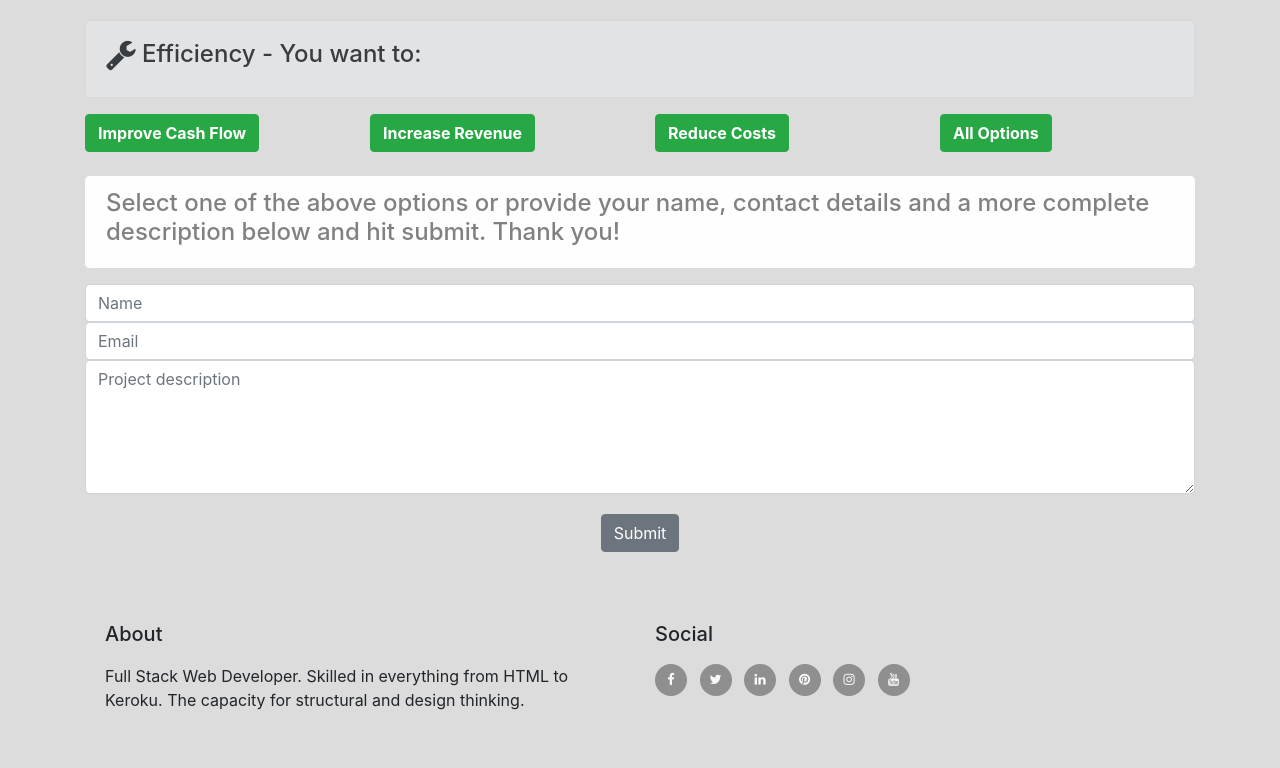
Repository: Code-Institute-Submissions/tenerim-milestone1
Page: Efficiency.html
The author's editor kept a record of every edit. The page is drawn from the files as they stood at one moment, then again after the next edit.
The browser window is 1280 px wide. The pictures show the whole page.

Above is the page before.

### Efficiency.html
<!DOCTYPE html>
<html lang="en">

<head>
    <meta charset="UTF-8">
    <meta name="viewport" content="width=device-width, initial-scale=1.0">
    <meta http-equiv="X-UA-Compatible" content="ie=edge">
    <link rel="stylesheet" href="https://stackpath.bootstrapcdn.com/bootstrap/4.3.1/css/bootstrap.min.css" type="text/css" />
    <link href="https://stackpath.bootstrapcdn.com/bootstrap/4.3.1/css/bootstrap.min.css" rel="stylesheet" integrity="sha384-ggOyR0iXCbMQv3Xipma34MD+dH/1fQ784/j6cY/iJTQUOhcWr7x9JvoRxT2MZw1T" crossorigin="anonymous">
    <link rel="stylesheet" href="https://stackpath.bootstrapcdn.com/font-awesome/4.7.0/css/font-awesome.min.css" type="text/css" />
    <link href="https://stackpath.bootstrapcdn.com/font-awesome/4.7.0/css/font-awesome.min.css" rel="stylesheet" integrity="sha384-wvfXpqpZZVQGK6TAh5PVlGOfQNHSoD2xbE+QkPxCAFlNEevoEH3Sl0sibVcOQVnN" crossorigin="anonymous">
    <link rel="stylesheet" href="assets/css/style.css" type="text/css" />
    <title>MT Milestone Project 1</title>

</head>

<!-------------------------------------------------------------Efficiency -->

<body>

    <section id="Efficiency" ;>

        <div class="container">

            <div class="row">
                <div class="col-sm-12">
                    <div class="alert alert-secondary" role="alert">
                        <h4 class="alert-heading"><i class="fa fa-wrench fa-lg" aria-hidden="true"></i> Efficiency - You want to:</h4>
                    </div>
                </div>
            </div>

            <div class="row">

                <div class="col-sm-3">
                    <button type="button" class="btn btn-success"><a href="#" class="alert-link">Improve Cash Flow</a></button> <br />
                </div>
                <div class="col-sm-3">
                    <button type="button" class="btn btn-success"><a href="#" class="alert-link">Increase Revenue</a></button> <br />
                </div>
                <div class="col-sm-3">
                    <button type="button" class="btn btn-success"><a href="#" class="alert-link">Reduce Costs</a></button> <br />
                </div>
                <div class="col-sm-3">
                    <button type="button" class="btn btn-success"><a href="#" class="alert-link">All Options</a></button> <br /> <br />
                </div>
            </div>

            <div class="alert alert-light" role="alert">
                <h4 class="alert-heading">Select one of the above options or provide your name, contact details and a more complete description below and hit submit. Thank you!</h4>
            </div>

            <div class="center-form">
                <form>
                    <input type="text" name="name" id="fullname" class="form-control" placeholder="Name" required />
                    <input type="email" name="email" id="emailaddress" class="form-control" placeholder="Email" required />
                    <textarea rows="5" name="projectsummary" id="projectsummary" class="form-control" placeholder="Project description" required></textarea>
                    <div class="form-row text-center">
                        <div class="col">
                            <button type="submit" class="btn btn-secondary">Submit</button>
                        </div>
                    </div>
                </form>
            </div>

        </div>

    </section>


    <!-------------------------------------------------------------Footer -->


    <Section id="footer" ;>

        <footer class="container">
            <div id="footer-details" class="row">
                <div class="col-sm-6">
                    <h5 class="uppercase general-sub">About</h5>
                    <p class "inline-block">
                        Full Stack Web Developer. Skilled in everything from HTML to Keroku. The capacity for structural and design thinking.</p>
                </div>


                <div class="col-sm-6">
                    <h5 class="uppercase general-sub">Social</h5>
                    <ul class="list-inline social-links">
                        <li class="list-inline-item">
                            <a target="_blank" href="#">
                            <i class="fa fa-facebook" aria-hidden="true"></i>
                            <span class="sr-only">Facebook</span>
                        </a>
                        </li>
                        <li class="list-inline-item">
                            <a target="_blank" href="#">
                            <i class="fa fa-twitter" aria-hidden="true"></i>
                            <span class="sr-only">twitter</span>
                        </a>
                        </li>
                        <li class="list-inline-item">
                            <a target="_blank" href="#">
                            <i class="fa fa-linkedin" aria-hidden="true"></i>
                            <span class="sr-only">LinkedIn</span>
                        </a>
                        </li>
                        </li>
                        <li class="list-inline-item">
                            <a target="_blank" href="#">
                            <i class="fa fa-pinterest" aria-hidden="true"></i>
                            <span class="sr-only">Pinterest</span>
                        </a>
                        </li>
                        </li>
                        <li class="list-inline-item">
                            <a target="_blank" href="#">
                            <i class="fa fa-instagram" aria-hidden="true"></i>
                            <span class="sr-only">Instagram</span>
                        </a>
                        </li>
                        </li>
                        <li class="list-inline-item">
                            <a target="_blank" href="#">
                            <i class="fa fa-youtube" aria-hidden="true"></i>
                            <span class="sr-only">YouTube</span>
                        </a>
                        </li>
                    </ul>
                </div>
            </div>

        </footer>

    </Section>

</body>

</html>

### assets/css/style.css
.container-fluid {
    background-color: rgb(220, 220, 220);
}

section {
    background-color: rgb(220, 220, 220);
    padding-top: 10px;
    padding-bottom: 10px;
}


.splash {
    background-color: rgb(192, 192, 192);
}


.display-4 {
    padding-top: 50px;
}


.lead {
    padding-bottom: 50px;
}


.headbox {
    border-radius: 25px;
    border: 2px solid #73AD21;
    padding: 10px;
    text-align: center;
    width: 200px;

}

h4 {
    color: rgb(255, 255, 255);
}


.alert-link {

color: rgb(255, 255, 255);
}

/*--------------------------------------How I Got Here-----*/

.timeline-item {
    padding: 0em 1em 1em 1em;
    border-left: 1px solid;
}

.timeline-item:before {
    content: attr(data-dates);
    left: 2.5em;
    top: 3em;
    display: block;
    font-weight: 500;
    font-size: 1em;
    color: #000099;
}

.timeline-item:after {
    width: 12px;
    height: 12px;
    display: block;
    top: -3em;
    position: relative;
    left: -23px;
    border-radius: 12px;
    content: "";
    background: #000099;
}


/*--------------------------------------How I Add Value-----*/

.values {
        font-size: 13px;
        color: #fafafa;
    }






/*--------------------------------------Contact-----*/

.contact {
  position: relative;
  text-align: center;
  color: white;
}


.top-left {
  position: absolute;
  top: 8px;
  left: 16px;
}




/*--------------------------------------Footer-----*/

.social-links {
    padding-bottom: 15px;
}

.social-links li a i {
    width: 32px;
    height: 32px;
    padding: 12px 0;
    border-radius: 50%;
    font-size: 13px;
    line-height: 7px;
    text-align: center;
    color: #fafafa;
    background: #8f8f8f;
    transition: all 0.35s ease-in-out;
    -moz-transition: all 0.35s ease-in-out;
    -webkit-transition: all 0.35s ease-in-out;
    -o-transition: all 0.35s ease-in-out;
}

.social-links li a i:hover {
    background: #e84610;
}

#footer-details {
    padding: 20px;
}


/*--------------------------------------Padding-----*/

.container
{
    padding-top: 10px;
    padding-bottom: 10px;
}

h2 {
    padding-top: 10px;
    padding-bottom: 10px
}



h3 {
    padding-top: 10px;
    padding-bottom: 10px
}



h5 {
    padding-top: 10px;
    padding-bottom: 10px
}

.fa {
    padding-top: 10px;
    padding-bottom: 10px
 }

.btn-block  {
     margin-top: 10px
    }

.text-center {
    padding-top: 20px
}

After the next edit:
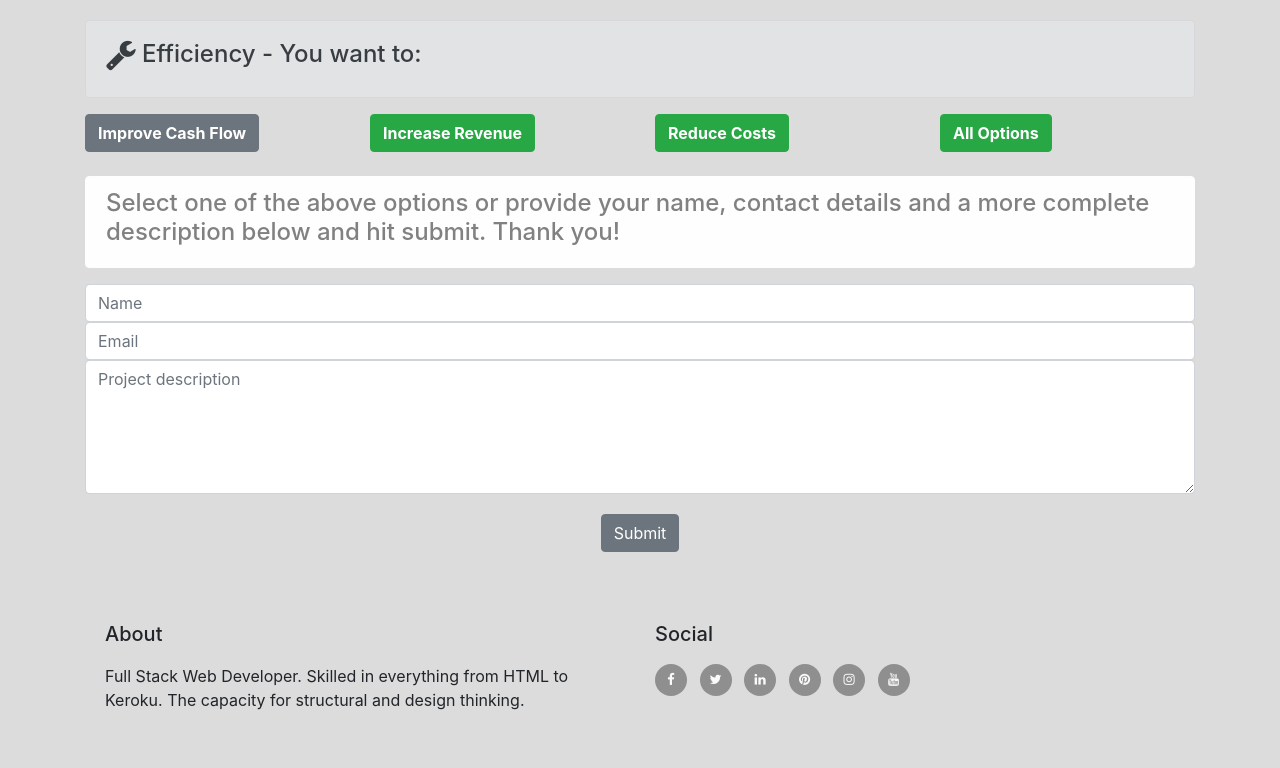
The edit:
--- a/Efficiency.html
+++ b/Efficiency.html
@@ -33,7 +33,7 @@
             <div class="row">
 
                 <div class="col-sm-3">
-                    <button type="button" class="btn btn-success"><a href="#" class="alert-link">Improve Cash Flow</a></button> <br />
+                    <button type="button" class="btn btn-secondary"><a href="#" class="alert-link">Improve Cash Flow</a></button> <br />
                 </div>
                 <div class="col-sm-3">
                     <button type="button" class="btn btn-success"><a href="#" class="alert-link">Increase Revenue</a></button> <br />
